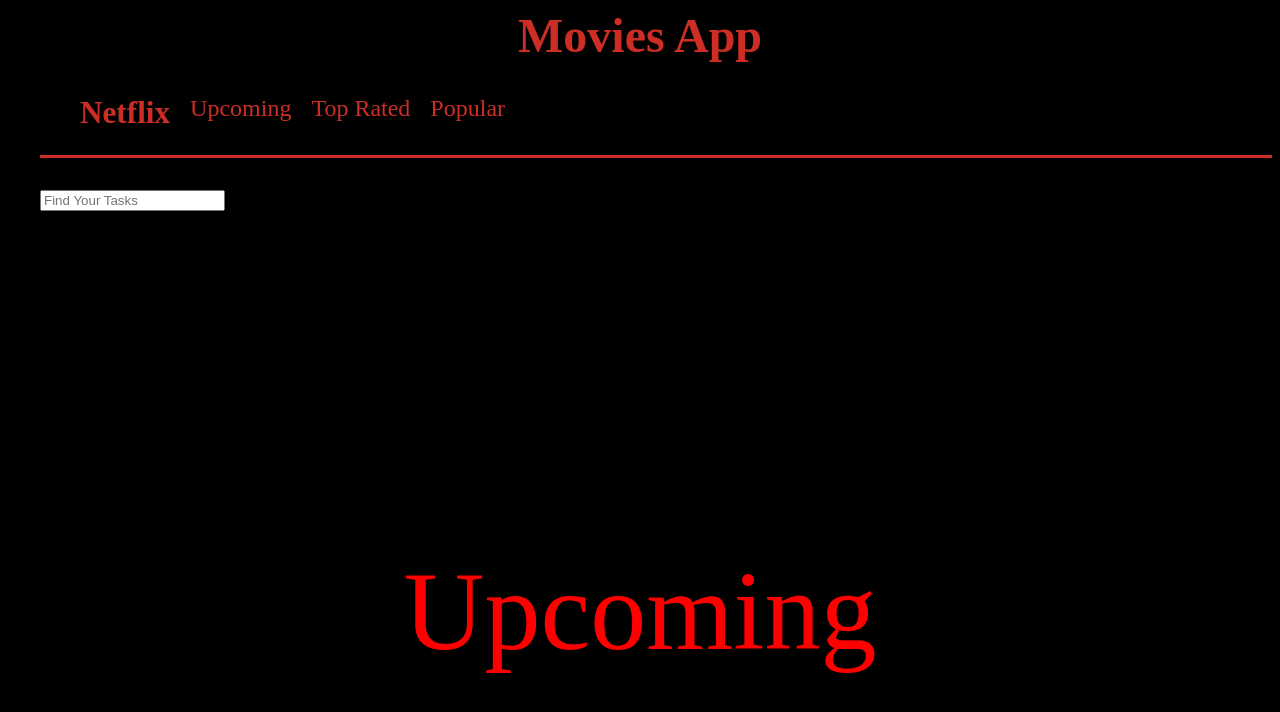
Repository: runner855/movie-app
Page: /
An editor plug-in stored every save of this project. The page is shown before and after the next save, followed by the edit.
The browser window is 1280 px wide. The pictures show the whole page.
The project was rebuilt for these pictures with package versions that can differ from the ones it lists, and the page was loaded fresh each time. Also part of the build but not shown: src/styles/TopRated.css, src/components/TopRated.tsx, src/styles/Popular.css, src/components/Popular.tsx.

Above is the page before, as saved 2022-11-16 17:31:45.

After the next save:
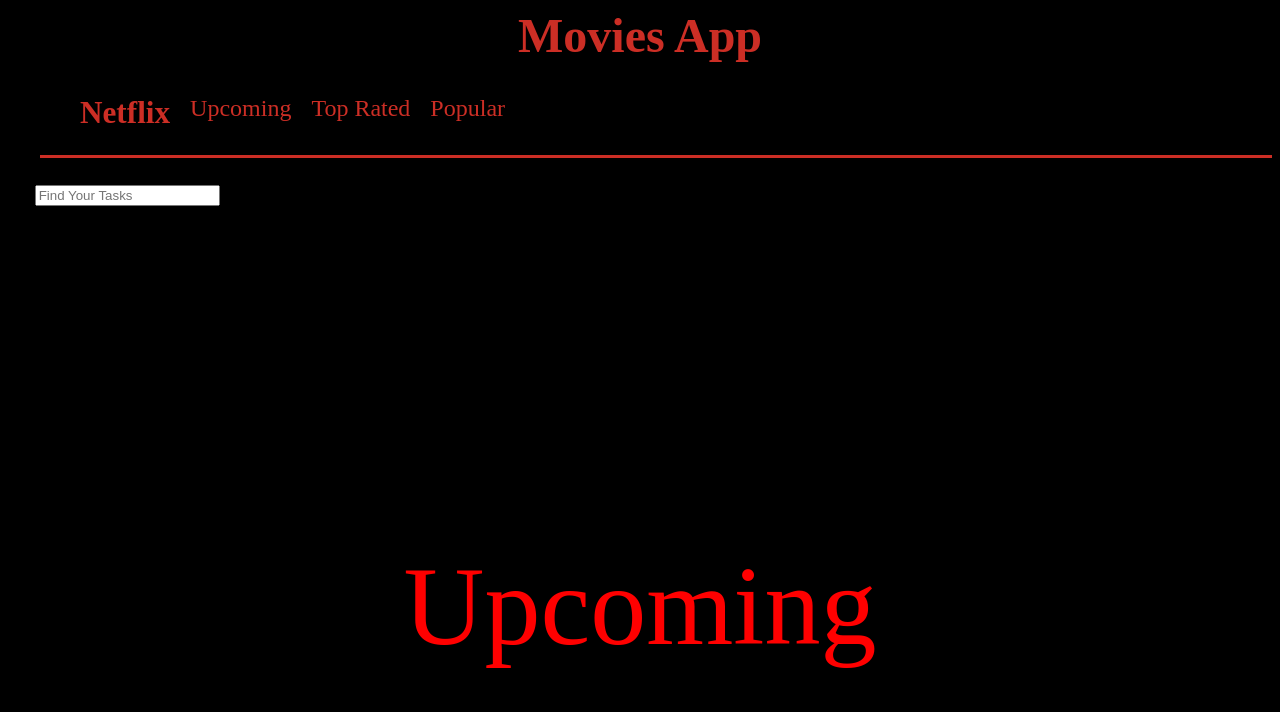
Saved 13 s later.
--- a/src/styles/MoviesFilter.css
+++ b/src/styles/MoviesFilter.css
@@ -1,4 +1,4 @@
-.movie_search {
+.movie_search input {
   text-align: left;
   margin: 2em 0em 0em 2em;
 }
